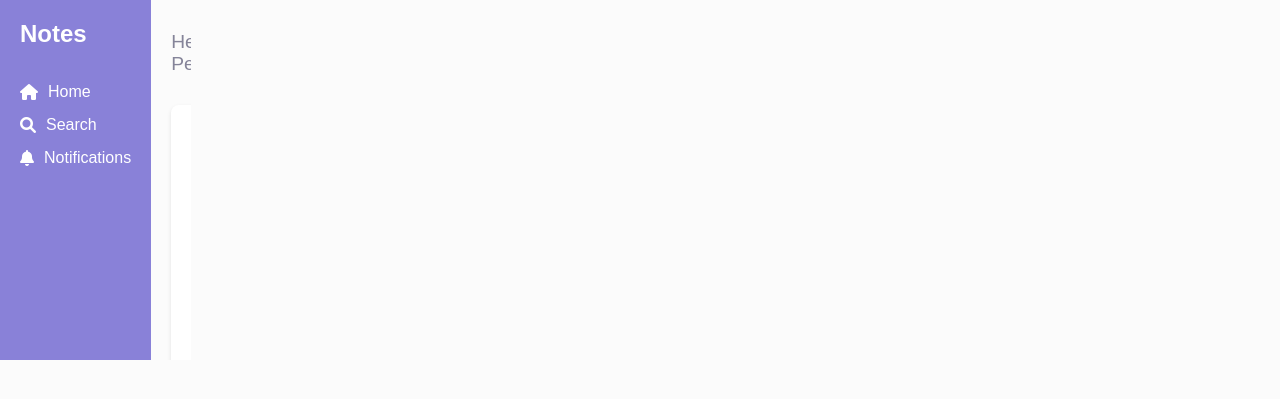
Repository: SatenikGabrielyan/HTML_CSS-_Assignment
Page: index.html
An editor plug-in stored every save of this project. The page is shown before and after the next save, followed by the edit.
The browser window is 1280 px wide. The pictures show the whole page.

Above is the page before, as saved 2025-03-17 00:07:11.

After the next save:
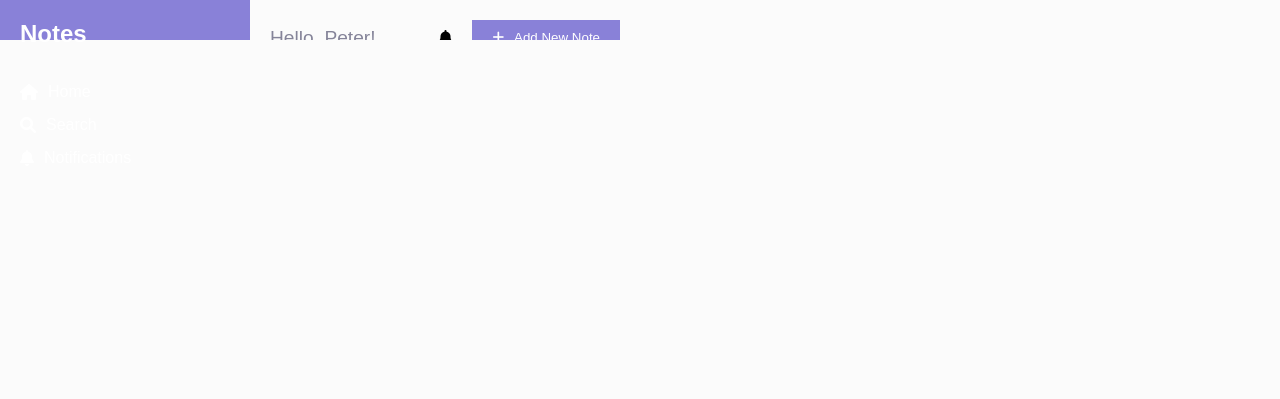
Saved 2 min 5 s later.
--- a/style.css
+++ b/style.css
@@ -18,8 +18,8 @@
   body {
     font-family: Arial, sans-serif;
     background-color: var(--bg-color);
-    display: flex;
-    height: 100vh;
+    /* display: flex;
+    height: 100vh; */
   }
   .wrapper{
     position: relative;
